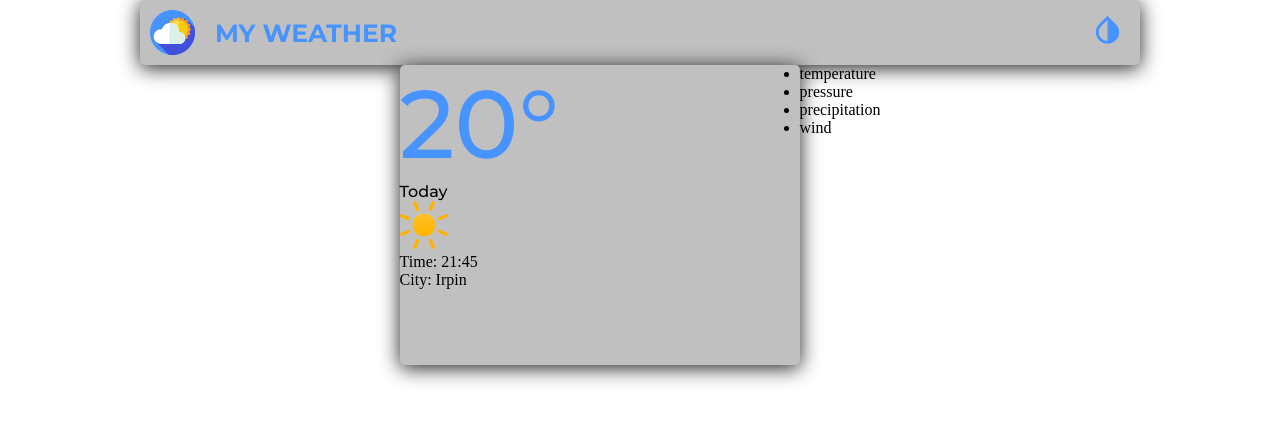
Repository: YuraKrvz/my_weather2
Page: /
These files come from the project's save history. The page is drawn as it stood at one moment and after the next save; the edit follows.
The browser window is 1280 px wide. The pictures show the whole page.
The project was rebuilt for these pictures with package versions that can differ from the ones it lists, and the page was loaded fresh each time.

Above is the page before, as saved 2022-01-25 18:17:05.

After the next save:
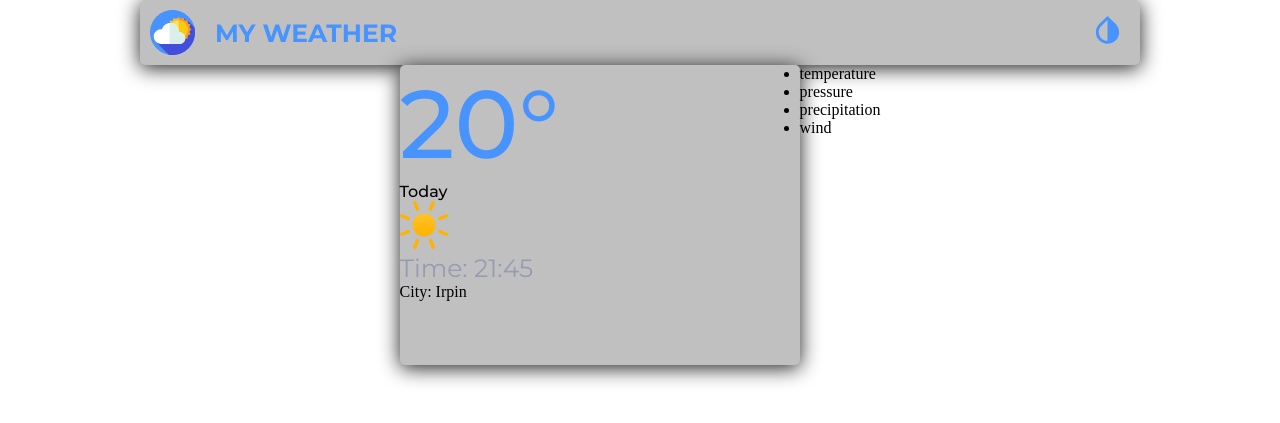
Saved 74 s later.
--- a/src/components/MyWeather/MyWeather.module.css
+++ b/src/components/MyWeather/MyWeather.module.css
@@ -24,7 +24,14 @@
    font-style: normal;
    font-weight: 500;
 }
-.time{}
+.time{
+   font-family: Montserrat;
+   font-style: normal;
+   font-weight: normal;
+   font-size: 25px;
+   line-height: 30px;
+   color: #939CB0;
+}
 .city{}
 .description{}
 .list{}
